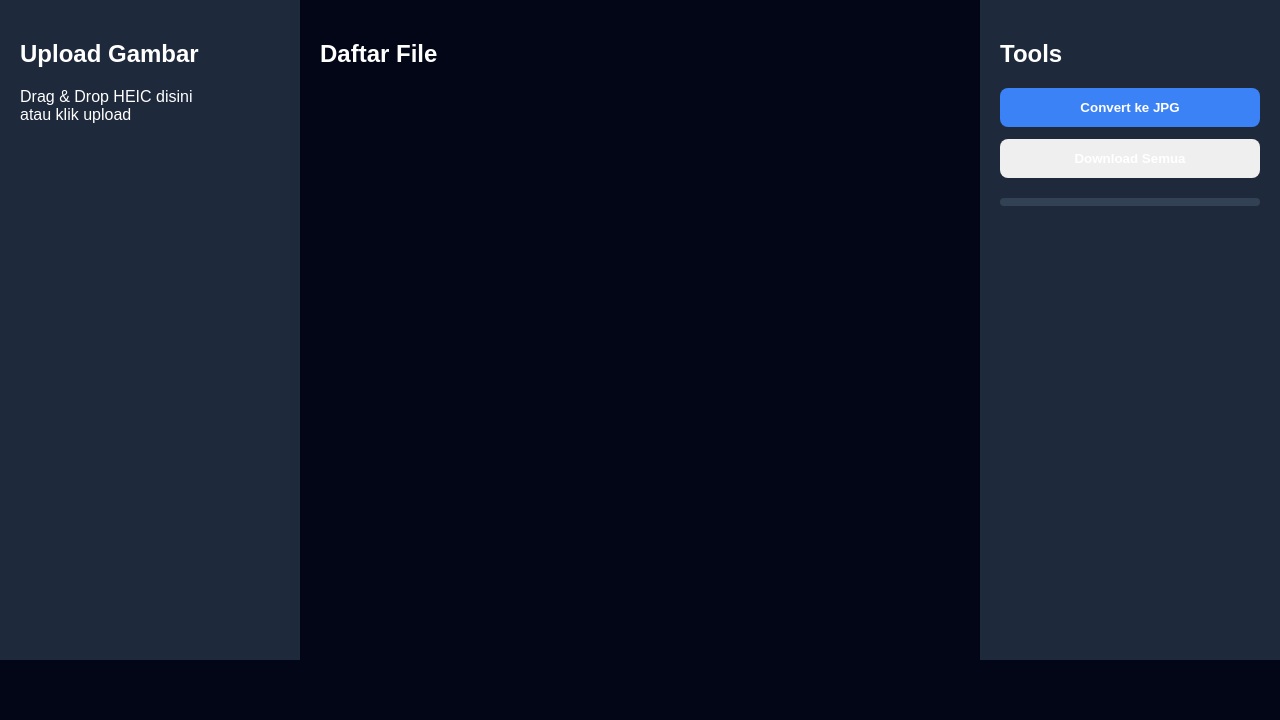
Repository: procinema22/hiisedulurfc
Page: hesedulur-main/convert-image.html
The author's editor kept a copy of each file at every save. The page is drawn from the files as they stood at one save, then again after the next save.
The browser window is 1280 px wide. The pictures show the whole page.

Above is the page before, as saved 2026-04-23 23:29:08.

### hesedulur-main/convert-image.html
<!DOCTYPE html>
<html lang="id">
<head>

<meta charset="UTF-8">
<meta name="viewport" content="width=device-width, initial-scale=1.0">

<title>Convert HEIC ke JPG</title>

<link rel="stylesheet" href="css/convert.css">

<script src="https://cdn.jsdelivr.net/npm/heic2any/dist/heic2any.min.js"></script>

</head>

<body>

<div class="layout">

<!-- LEFT PANEL -->
<div class="left-panel">

<h2>Upload Gambar</h2>

<div id="dropArea" class="drop-area">
Drag & Drop HEIC disini<br>
atau klik upload
</div>

<input type="file" id="fileInput" accept=".heic,image/heic" multiple hidden>

</div>


<!-- CENTER PANEL -->
<div class="center-panel">

<h2>Daftar File</h2>

<div id="previewList" class="preview-list"></div>

</div>


<!-- RIGHT PANEL -->
<div class="right-panel">

<h2>Tools</h2>

<button id="convertBtn" class="btn blue">
Convert ke JPG
</button>

<button id="downloadAll" class="btn green">
Download Semua
</button>

<div class="progress">

<div id="progressBar"></div>

</div>

</div>

</div>

<script src="js/convert.js"></script>

</body>
</html>

### hesedulur-main/css/convert.css
body{
    margin:0;
    font-family:Arial;
    background:#020617;
    color:white;
    }

    /* NAVBAR */

    .navbar{
    display:flex;
    justify-content:space-between;
    align-items:center;
    padding:10px 30px;
    background:#020617;
    border-bottom:1px solid #1e293b;
    }

    .navbar nav a{
    color:white;
    text-decoration:none;
    margin-left:20px;
    }


    /* LAYOUT */

    .layout{
    display:flex;
    height:calc(100vh - 60px);
    }


    /* LEFT PANEL */

    .left-panel{
    width:260px;
    background:#1e293b;
    padding:20px;
    overflow:auto;
    }

    .upload-box{
    border:2px dashed #3b82f6;
    padding:40px;
    text-align:center;
    border-radius:10px;
    cursor:pointer;
    margin-top:15px;
    }


    /* CENTER */

    .center-panel{
    flex:1;
    background:#020617;
    padding:20px;
    overflow:auto;
    }


    /* PREVIEW */

    .preview-list{
    display:grid;
    grid-template-columns:repeat(auto-fill,140px);
    gap:20px;
    margin-top:20px;
    }

    .preview-item{
    background:#1e293b;
    padding:10px;
    border-radius:8px;
    text-align:center;
    font-size:12px;
    }


    /* RIGHT PANEL */

    .right-panel{
    width:260px;
    background:#1e293b;
    padding:20px;
    }


    /* BUTTON */

    .btn{
    display:block;
    width:100%;
    padding:12px;
    margin-top:12px;
    border:none;
    border-radius:8px;
    cursor:pointer;
    color:white;
    font-weight:bold;
    }

    .blue{
    background:#3b82f6;
    }

    .purple{
    background:#8b5cf6;
    }

    .red{
    background:#ef4444;
    }


    /* PROGRESS BAR */

    .progress{
    width:100%;
    height:8px;
    background:#334155;
    border-radius:10px;
    margin-top:20px;
    overflow:hidden;
    }

    #progressBar{
    height:100%;
    width:0%;
    background:#22c55e;
    transition:0.3s;
    }

### hesedulur-main/js/convert.js
const dropArea = document.getElementById("dropArea")
const input = document.getElementById("fileInput")

const previewList = document.getElementById("previewList")
const convertBtn = document.getElementById("convertBtn")
const progressBar = document.getElementById("progressBar")
const downloadAll = document.getElementById("downloadAll")

let files=[]
let results=[]


dropArea.onclick=()=>input.click()


input.addEventListener("change",e=>{
handleFiles([...e.target.files])
})


dropArea.addEventListener("dragover",e=>{
e.preventDefault()
})


dropArea.addEventListener("drop",e=>{
e.preventDefault()

handleFiles([...e.dataTransfer.files])

})


function handleFiles(selected){

selected.forEach(file=>{

files.push(file)

const div=document.createElement("div")
div.className="preview-item"

div.innerHTML=`
<p>${file.name}</p>
`

previewList.appendChild(div)

})

}



convertBtn.onclick=async()=>{

results=[]

for(let i=0;i<files.length;i++){

const blob=await heic2any({
blob:files[i],
toType:"image/jpeg",
quality:0.9
})

results.push(blob)

let percent=((i+1)/files.length)*100

progressBar.style.width=percent+"%"

}

alert("Convert selesai")

}



downloadAll.onclick=()=>{

results.forEach((blob,i)=>{

const url=URL.createObjectURL(blob)

const a=document.createElement("a")

a.href=url
a.download="image_"+(i+1)+".jpg"

a.click()

})

}

After the next save:
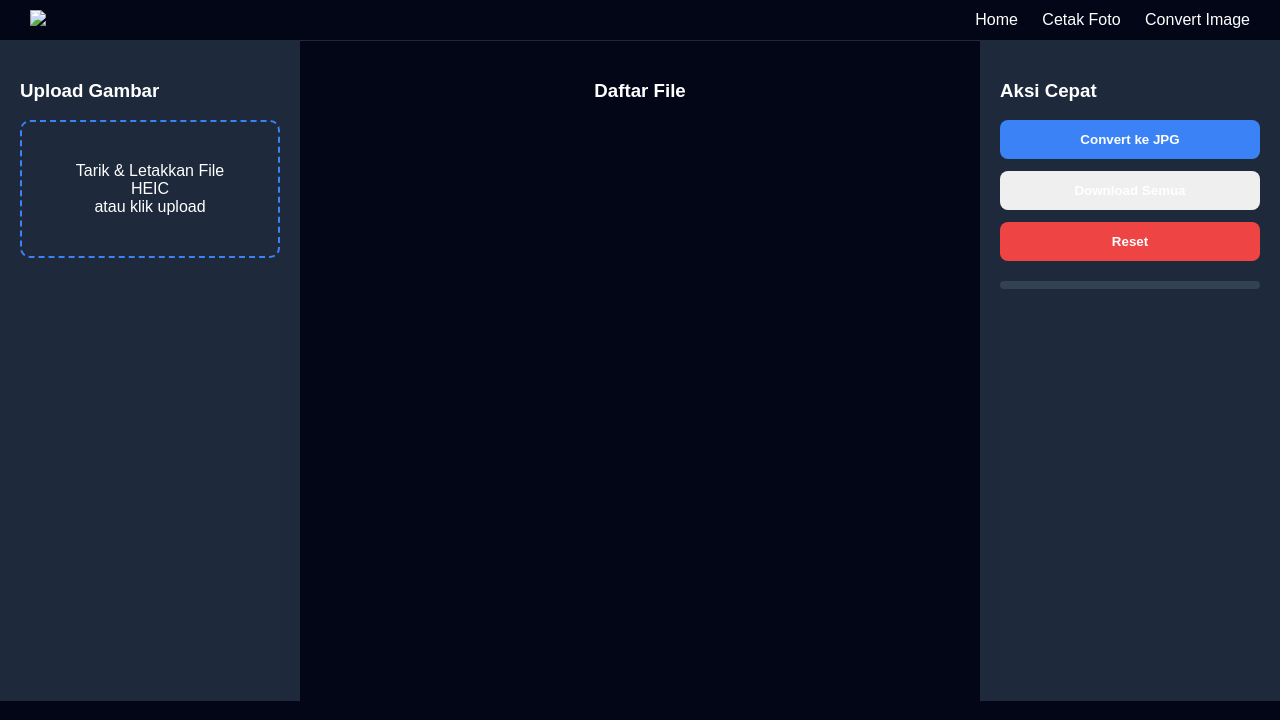
Not found: hesedulur-main/img/logo.png
Saved 50 s later.
--- a/hesedulur-main/convert-image.html
+++ b/hesedulur-main/convert-image.html
@@ -15,15 +15,31 @@
 
 <body>
 
+<!-- NAVBAR -->
+<header class="navbar">
+
+<div class="logo">
+<img src="img/logo.png" height="40">
+</div>
+
+<nav>
+<a href="index.html">Home</a>
+<a href="cetakfoto.html">Cetak Foto</a>
+<a href="convert-image.html">Convert Image</a>
+</nav>
+
+</header>
+
+
 <div class="layout">
 
 <!-- LEFT PANEL -->
 <div class="left-panel">
 
-<h2>Upload Gambar</h2>
+<h3>Upload Gambar</h3>
 
-<div id="dropArea" class="drop-area">
-Drag & Drop HEIC disini<br>
+<div id="dropArea" class="upload-box">
+Tarik & Letakkan File HEIC<br>
 atau klik upload
 </div>
 
@@ -35,7 +51,7 @@ atau klik upload
 <!-- CENTER PANEL -->
 <div class="center-panel">
 
-<h2>Daftar File</h2>
+<h3 style="text-align:center">Daftar File</h3>
 
 <div id="previewList" class="preview-list"></div>
 
@@ -45,7 +61,7 @@ atau klik upload
 <!-- RIGHT PANEL -->
 <div class="right-panel">
 
-<h2>Tools</h2>
+<h3>Aksi Cepat</h3>
 
 <button id="convertBtn" class="btn blue">
 Convert ke JPG
@@ -55,10 +71,12 @@ Convert ke JPG
 Download Semua
 </button>
 
+<button class="btn red" onclick="location.reload()">
+Reset
+</button>
+
 <div class="progress">
-
 <div id="progressBar"></div>
-
 </div>
 
 </div>
